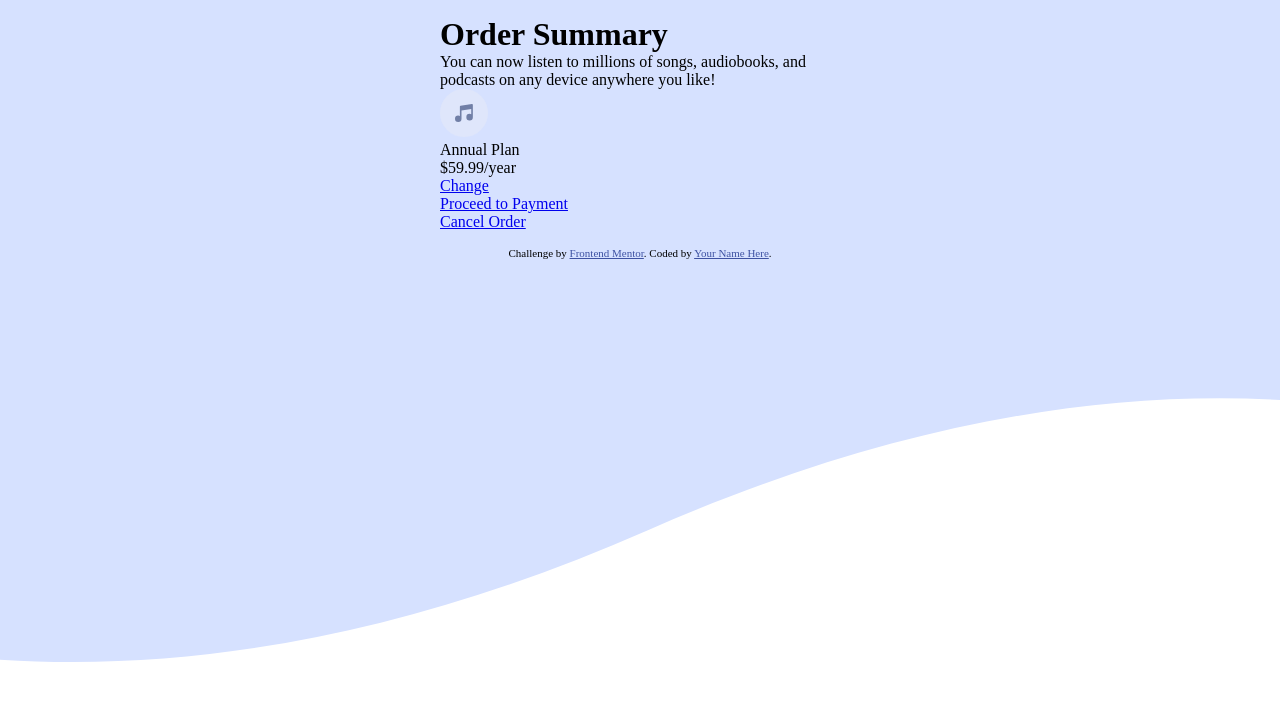
Repository: DejV44/order-summary-frontend
Page: index.html
The author's editor kept a copy of each file at every save. The page is drawn from the files as they stood at one save, then again after the next save.
The browser window is 1280 px wide. The pictures show the whole page.
The style sheet was rebuilt from its Sass, Less or Tailwind sources for each picture, by a compiler version that may differ from the author's.

Above is the page before, as saved 2021-08-11 21:54:19.

After the next save:
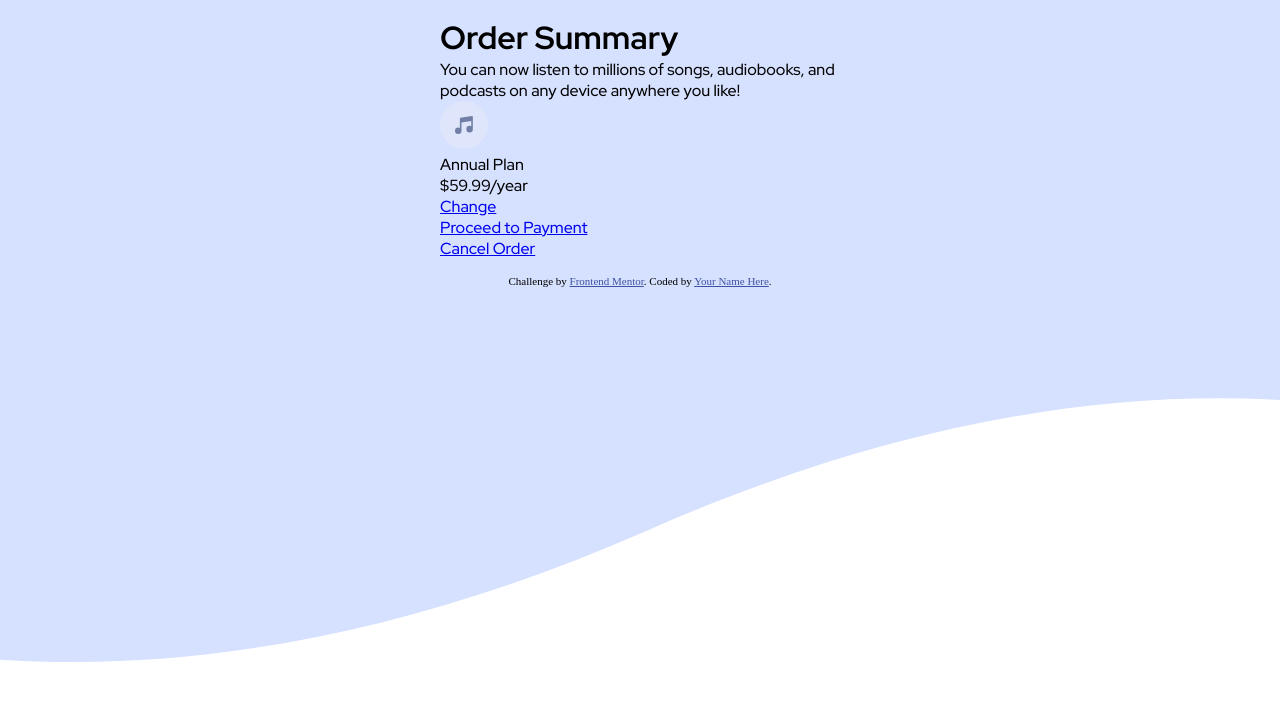
Saved 39 s later.
--- a/css/_mixins.scss
+++ b/css/_mixins.scss
@@ -11,4 +11,5 @@
 @mixin container {
     max-width: 400px;
     margin: 1em auto;
+    @include fonts;
 }
